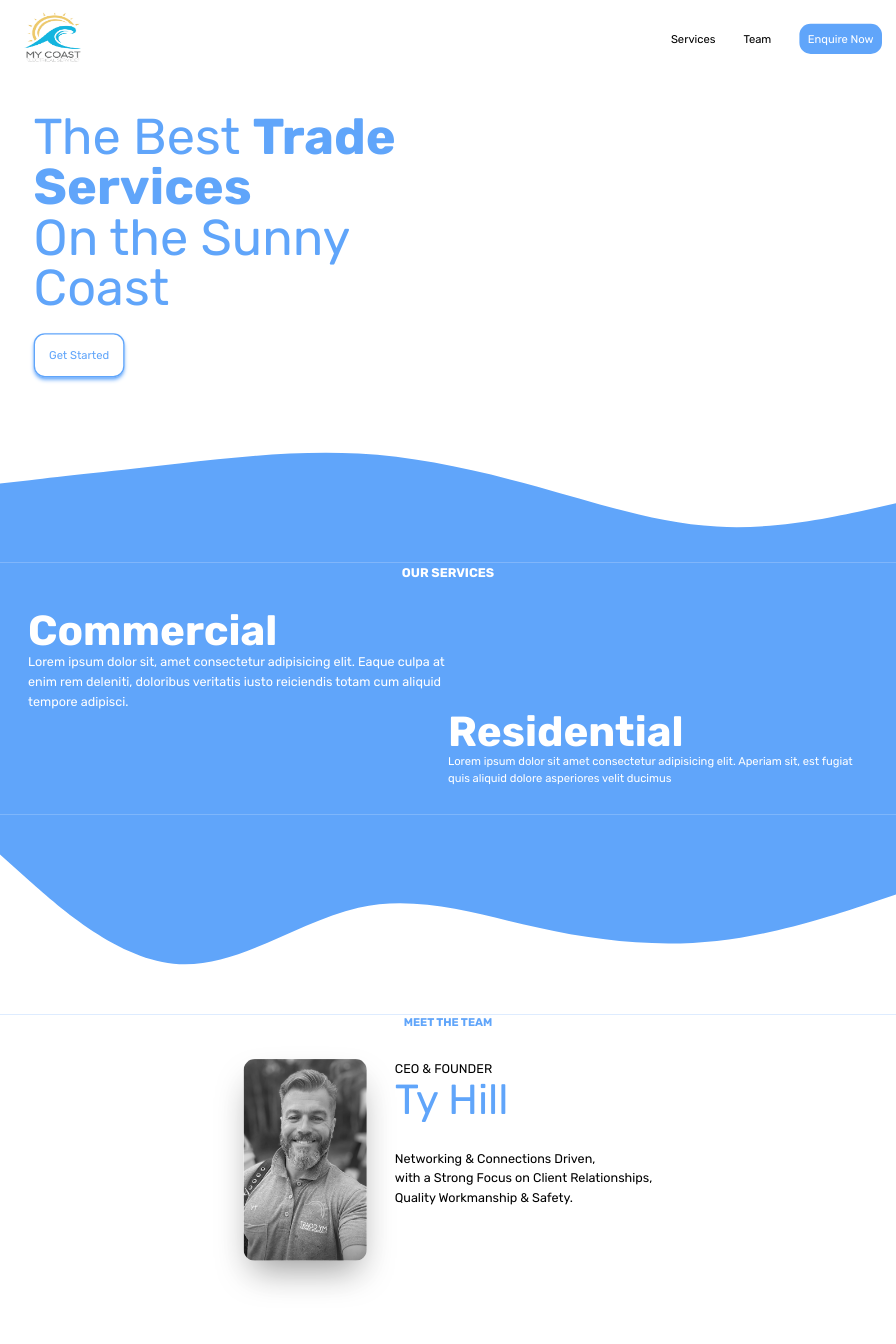
Repository: Jace-Kington/mce-website
Page: /
An editor plug-in stored every save of this project. The page is shown before and after the next save, followed by the edit.
The browser window is 1280 px wide. The pictures show the part of the page from y = 0 to 1920 px (the page is 2895 px tall before and 2847 px after), at 70% of full size.
The project was rebuilt for these pictures with package versions that can differ from the ones it lists, and the page was loaded fresh each time. The framework's server and built-in components were replaced by stand-ins that run in the browser. Also part of the build but not shown: next.config.js.

Above is the page before, as saved 2022-11-12 14:16:05.

### pages/index.js

import Navbar from '../components/Navbar'
import Services from '../components/Services'
import MeetUs from '../components/Meet-us'
import ContactUs from '../components/ContactUs'
import Footer from '../components/Footer'

export default function Home() {
  return (
    <div>
      <head>
        <link rel="preconnect" href="https://fonts.googleapis.com"/>
        <link rel="preconnect" href="https://fonts.gstatic.com" crossorigin/>
        <link href="https://fonts.googleapis.com/css2?family=Rubik:ital,wght@0,400;0,500;0,700;0,900;1,800;1,900&display=swap" rel="stylesheet"/>
        <meta charset="UTF-8"/>
        <meta name="viewport" content="width=device-width, initial-scale=1.0, user-scalable=0"/>
        <title>My Coat Electrical</title>
      </head>
      <Navbar/>
      <Services/>
      <MeetUs/>
      <ContactUs/>
      <Footer/>
    </div>
  )
}

### styles/globals.css
@tailwind base;
@tailwind components;
@tailwind utilities;

* {
  font-family: 'Rubik';
}

### components/Navbar.jsx
import React from 'react'
import Image from 'next/image'
import image_2 from '../assets/logo-1.png'
import HamburgerMenu from './Hamburger'
import Link from 'next/link'

const Navbar = () => {
  return (
    <div className=''>
      <div className='flex justify-between items-center md:hidden'>
      <Image alt = "" src={image_2} className='rounded-full p-2 h-28 w-28' />

        <HamburgerMenu className = ''/>
      </div>

      <div className='md:flex hidden justify-between items-center ml-5 mr-5'>
        <Image alt = "" src={image_2} className='rounded-full p-2 h-28 w-28' />
        <div className='flex gap-10 items-center'>
          <a className='hover:text-blue-400 transition ease-in' href='#services-section'>
            Services
          </a>

          <a className='hover:text-blue-400 transition ease-in ' href="#meet-us">
            Team
          </a>

          <div className=''>
            <a className='bg-blue-400 hover:bg-blue-500 transition ease-in rounded-2xl p-3' href="#contact-us">
              <span className='text-white'>Enquire Now</span>
            </a>
          </div>

        </div>
      </div>

      <div className='grid grid-cols-2'>
        <div className='text-left text-blue-400 mt-12 ml-12'>
          <div className='text-4xl sm:text-7xl'>
            The Best <strong>Trade Services</strong>
          </div>
          <div className='text-4xl sm:text-7xl'>
            On the Sunny Coast
          </div>

          <div className='outline-rounded mt-12 bg-white'>
            <a  style = {{'border-width': '2px', 'border-color': '#60a5fa'}} className='rounded-2xl hover:bg-blue-400 hover:text-white transition shadow-md shadow-blue-400 hover:shadow-lg hover:shadow-blue-400 p-5' href="#contact-us">
              Get Started
            </a>
          </div>
        </div>
        <div>

        </div>
      </div>


      <svg xmlns="http://www.w3.org/2000/svg" viewBox="0 0 1440 320"><path fill="#60a5fa" fill-opacity="1" d="M0,192L48,186.7C96,181,192,171,288,160C384,149,480,139,576,144C672,149,768,171,864,197.3C960,224,1056,256,1152,261.3C1248,267,1344,245,1392,234.7L1440,224L1440,320L1392,320C1344,320,1248,320,1152,320C1056,320,960,320,864,320C768,320,672,320,576,320C480,320,384,320,288,320C192,320,96,320,48,320L0,320Z"></path></svg>
    </div>
  )
}

export default Navbar

### components/Services.tsx
import React from 'react'

const Services = () => {
  return (
    <div id = 'services-section' className = 'bg-blue-400'>
        <div className = 'text-white text-center font-semibold text-lg uppercase underline-offset-1'>Our Services</div>
        <div className = 'grid grid-cols-2 m-10'>
            <div className = ''>
                <div className = 'text-white text-3xl sm:text-6xl font-bold'>Commercial</div>
                <div className = 'text-white text-lg'>Lorem ipsum dolor sit, amet consectetur adipisicing elit. Eaque culpa at enim rem deleniti, doloribus veritatis iusto reiciendis totam cum aliquid tempore adipisci. </div>
            </div>
            <div className = ''>

            </div>
            <div>

            </div>
            <div>
                <div className = 'text-white text-3xl sm:text-6xl font-bold'>Residential</div>
                <div className = 'text-white'>Lorem ipsum dolor sit amet consectetur adipisicing elit. Aperiam sit, est fugiat quis aliquid dolore asperiores velit ducimus </div>
            </div>
        </div>
        <svg className = 'bg-white' xmlns="http://www.w3.org/2000/svg" viewBox="0 0 1440 320">
        <path fill="#60a5fa" fill-opacity="1" d="M0,64L48,106.7C96,149,192,235,288,240C384,245,480,171,576,149.3C672,128,768,160,864,181.3C960,203,1056,213,1152,202.7C1248,192,1344,160,1392,144L1440,128L1440,0L1392,0C1344,0,1248,0,1152,0C1056,0,960,0,864,0C768,0,672,0,576,0C480,0,384,0,288,0C192,0,96,0,48,0L0,0Z"></path>
        </svg>
    </div>
  )
}

export default Services

### components/Meet-us.tsx
import React from 'react'
import Image from 'next/image'
import image_2 from '../assets/ty-photo.png'


const MeetUs = () => {
  return (
    <div id = "meet-us" className = 'max-w-[100%]'>
        <div className = 'text-blue-400 uppercase font-semibold text-center'>Meet the Team</div>

        <div className = 'justify-center flex gap-10 m-10'>
            <div>
              <Image alt = "" className = 'rounded-2xl shadow-2xl shadow-blue-400 grayscale h-72 w-44' src = {image_2}/>
            </div>
            <div>
                <div className = 'uppercase text-lg'>CEO & Founder</div>
                <div className = 'text-6xl text-blue-400 pb-10'>Ty Hill</div>
                <div className = 'text-lg'>
                  <div className = ''>Networking & Connections Driven, </div>
                  <div>with a Strong Focus on Client Relationships,</div>
                  <div>Quality Workmanship & Safety.</div>
                </div>

            </div>
        </div>

        <svg xmlns="http://www.w3.org/2000/svg" viewBox="0 0 1440 320"><path fill="#60a5fa" fill-opacity="1" d="M0,288L48,256C96,224,192,160,288,149.3C384,139,480,181,576,170.7C672,160,768,96,864,112C960,128,1056,224,1152,266.7C1248,309,1344,299,1392,293.3L1440,288L1440,320L1392,320C1344,320,1248,320,1152,320C1056,320,960,320,864,320C768,320,672,320,576,320C480,320,384,320,288,320C192,320,96,320,48,320L0,320Z"></path></svg>
    </div>
  )
}

export default MeetUs

### components/ContactUs.jsx
import React, { useRef } from 'react'
import emailjs from '@emailjs/browser'
import { ToastContainer, toast } from 'react-toastify'
import 'react-toastify/dist/ReactToastify.css'

const ContactUs = () => {
  const toast_success = () => { toast('Email Sent!'); }
  const toast_fail = () => { toast('Error'); }

  const form = useRef();

  const sendEmail = (e) => {
    e.preventDefault();

    emailjs.sendForm('service_16oy9kb', 'template_p83nfjr', form.current, '7jHtCbxop4BW2nz9r')
      .then((result) => {
          console.log(result.text);
          toast_success();
      }, (error) => {
          console.log(error.text);
          toast_fail();
      });
  };

  return (
    <div id = "contact-us" className = 'bg-blue-400'>
        <div className = 'flex'>
          <div className = 'text-white uppercase font-semibold p-20 text-8xl'>
              <div>We&apos;ll</div>
              <div>Be In</div>
              <div>Touch</div>
          </div>
          <form ref = {form} onSubmit = {sendEmail} className = 'pt-20'>
            <div className = 'flex gap-20 '>
              <div className = 'flex flex-col gap-10'>
                <div>
                  <label className = 'text-white' for="fname">First name:</label>
                  <input className = 'rounded-lg p-2 outline-1 outline-white w-full' type="text" id="fname" name="fname"/>
                </div>
                <div>
                  <label className = 'text-white' for="lname">Last name:</label>
                  <input className = 'rounded-lg p-2 outline-1 outline-white w-full' type="text" id="lname" name="lname"/>
                </div>
              </div>
              <div>
              <div className = 'flex flex-col gap-10'>
                <div>
                  <label className = 'text-white' for="phonenumber">Phone Number:</label>
                  <input className = 'rounded-lg p-2 outline-1 outline-white w-full' type="text" id="phonenumber" name="phonenumber"/>
                </div>
                <div>
                  <label className = 'text-white' for="email">Email:</label>
                  <input className = 'rounded-lg p-2 outline-1 outline-white w-full' type="text" id="email" name="email"/>
                </div>
              </div>
              </div>
            </div>

            <div>
              <button style = {{'border-width': '3px', 'border-color': 'white'}} className = 'text-center w-full p-3 rounded-2xl font-semibold hover:text-blue-400 text-white transition ease-in bg-blue-400 hover:bg-white mt-14'>Send</button>
              <ToastContainer
  position="top-right"
  autoClose={5000}
  hideProgressBar={true}
  newestOnTop={false}
  closeOnClick
  rtl={false}
  pauseOnFocusLoss
  draggable
  pauseOnHover
  toastStyle = {{'background-color': 'rgb(34 197 94)', 'color': 'white', 'border-radius': '1rem', 'padding': '15px'}}
  />
            </div>
          </form>
        </div>
      </div>
  )
}

export default ContactUs

### components/Footer.tsx
import React from 'react'
import image_2 from '../assets/logo-1.png'
import Image from 'next/image'

const Footer = () => {
  return (
    <div className = 'border-t-2 border-gray pb-4 bg-blue-400'>
        <div className = 'flex justify-between text-white p-20'>
            <div className = ''>
                <div className = 'flex items-center gap-5'>
                <Image alt = "" src= {image_2} className = 'items-start rounded-full p-2 h-28 w-28'/>

                <div className = 'flex gap-10 text-white'>
                    <svg fill="#fff" xmlns="http://www.w3.org/2000/svg"  viewBox="0 0 16 16" width="32px" height="32px"><path d="M 15 3.296875 C 14.476563 3.523438 13.949219 3.691406 13.367188 3.746094 C 13.949219 3.410156 14.417969 2.84375 14.648438 2.226563 C 14.066406 2.5625 13.484375 2.789063 12.84375 2.902344 C 12.257813 2.339844 11.5 2 10.683594 2 C 9.109375 2 7.824219 3.242188 7.824219 4.765625 C 7.824219 4.988281 7.824219 5.214844 7.882813 5.386719 C 4.875 5.386719 2.8125 3.691406 1.414063 2 C 1.121094 2.394531 1.003906 2.902344 1.003906 3.410156 C 1.003906 4.367188 1.53125 5.214844 2.289063 5.722656 C 1.820313 5.667969 1.355469 5.554688 1.003906 5.386719 C 1.003906 5.386719 1.003906 5.386719 1.003906 5.441406 C 1.003906 6.796875 1.996094 7.921875 3.28125 8.148438 C 3.046875 8.203125 2.8125 8.261719 2.519531 8.261719 C 2.347656 8.261719 2.171875 8.261719 1.996094 8.207031 C 2.347656 9.335938 3.976563 10.632813 5.257813 10.632813 C 4.265625 11.363281 3.34375 12 1.5 12 C 1.265625 12 1.453125 12 1 12 C 2.28125 12.789063 3.800781 13 5.375 13 C 10.683594 13 13.542969 8.769531 13.542969 5.101563 C 13.542969 4.988281 13.542969 4.878906 13.542969 4.765625 C 14.125 4.367188 14.59375 3.863281 15 3.296875"/></svg>
                    <svg fill="#fff" xmlns="http://www.w3.org/2000/svg"  viewBox="0 0 16 16" width="32px" height="32px"><path d="M 4.773438 1 C 2.695313 1 1 2.695313 1 4.773438 L 1 10.230469 C 1 12.304688 2.695313 14 4.773438 14 L 10.230469 14 C 12.304688 14 14 12.304688 14 10.226563 L 14 4.773438 C 14 2.695313 12.304688 1 10.226563 1 Z M 4.773438 2 L 10.226563 2 C 11.765625 2 13 3.234375 13 4.773438 L 13 10.226563 C 13 11.765625 11.765625 13 10.230469 13 L 4.773438 13 C 3.234375 13 2 11.765625 2 10.230469 L 2 4.773438 C 2 3.234375 3.234375 2 4.773438 2 Z M 11.5 3 C 11.222656 3 11 3.222656 11 3.5 C 11 3.777344 11.222656 4 11.5 4 C 11.777344 4 12 3.777344 12 3.5 C 12 3.222656 11.777344 3 11.5 3 Z M 7.5 4 C 5.574219 4 4 5.574219 4 7.5 C 4 9.425781 5.574219 11 7.5 11 C 9.425781 11 11 9.425781 11 7.5 C 11 5.574219 9.425781 4 7.5 4 Z M 7.5 5 C 8.886719 5 10 6.113281 10 7.5 C 10 8.886719 8.886719 10 7.5 10 C 6.113281 10 5 8.886719 5 7.5 C 5 6.113281 6.113281 5 7.5 5 Z"/></svg>
                    <svg fill="#fff" xmlns="http://www.w3.org/2000/svg"  viewBox="0 0 16 16" width="32px" height="32px"><path d="M 3.5 1 C 2.1250151 1 1 2.1250151 1 3.5 L 1 11.5 C 1 12.874985 2.1250151 14 3.5 14 L 11.5 14 C 12.874985 14 14 12.874985 14 11.5 L 14 3.5 C 14 2.1250151 12.874985 1 11.5 1 L 3.5 1 z M 3.5 2 L 11.5 2 C 12.335015 2 13 2.6649849 13 3.5 L 13 11.5 C 13 12.335015 12.335015 13 11.5 13 L 9.9042969 13 L 9.9042969 8.9667969 L 11.300781 8.9667969 L 11.509766 7.3574219 L 9.9042969 7.3574219 L 9.9042969 6.3320312 C 9.9042969 5.8660312 10.034031 5.5488281 10.707031 5.5488281 L 11.566406 5.5488281 L 11.566406 4.109375 C 11.417406 4.089375 10.907453 4.046875 10.314453 4.046875 C 9.0764531 4.046875 8.2304688 4.795875 8.2304688 6.171875 L 8.2304688 7.3574219 L 7 7.3535156 L 7 8.9628906 L 8.2304688 8.9667969 L 8.2304688 13 L 3.5 13 C 2.6649849 13 2 12.335015 2 11.5 L 2 3.5 C 2 2.6649849 2.6649849 2 3.5 2 z"/></svg>
                </div>
                </div>


                <div className = ''>
                    <div>fjf</div>
                </div>
            </div>

            <div className='flex gap-20'>
                <div className = ''>
                    <div className = 'text-lg font-bold pb-5'>
                        Contact Us
                    </div>
                    <div>
                        Address
                    </div>
                    <div>
                        Phone number
                    </div>
                    <div>
                        Email
                    </div>
                </div>

                <div>
                    <div className = 'text-lg font-bold pb-5'>
                        Pages
                    </div>

                    <div>
                        Home
                    </div>
                    <div>
                        Services
                    </div>
                    <div>
                        Team
                    </div>
                    <div>
                        Contact Us
                    </div>
                </div>
            </div>
        </div>
    </div>
  )
}

export default Footer

### components/Hamburger.jsx
import Link from 'next/link'
import { slide as Menu } from 'react-burger-menu'

const HamburgerMenu = () => (<div className='relative p-2'>
    <Menu customBurgerIcon={<HamburgerIcon />} width={'auto'} className='left-0 top-12' >
        <Links />
    </Menu>
</div>)

const HamburgerIcon = () => (<div className='p-1/2'><svg className="w-8 h-8 text-gray-500" fill="none" strokeLinecap="round" strokeLinejoin="round" strokeWidth="2" viewBox="0 0 24 24" stroke="currentColor"><path d="M4 6h16M4 12h16M4 18h16"></path></svg></div>)

export const Links = () => (<>
    <Link href="/">Home</Link>
    <Link href="/about">About</Link>
</>)

export default HamburgerMenu

Loaded but not shown: pages/_app.js (common file); tailwind.config.js (common file)

After the next save:
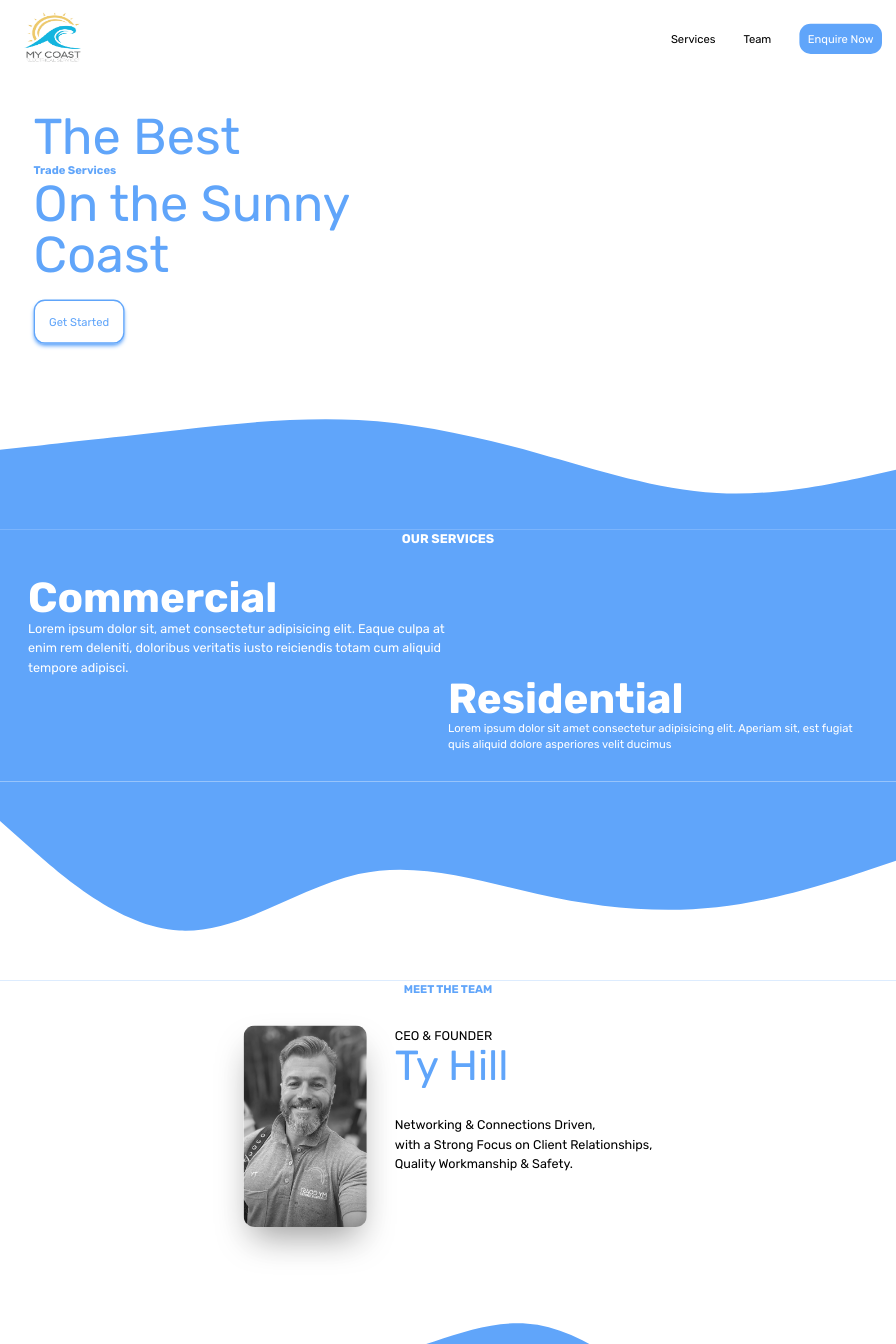
Saved 65 s later.
--- a/components/Navbar.jsx
+++ b/components/Navbar.jsx
@@ -36,8 +36,9 @@
       <div className='grid grid-cols-2'>
         <div className='text-left text-blue-400 mt-12 ml-12'>
           <div className='text-4xl sm:text-7xl'>
-            The Best <strong>Trade Services</strong>
+            The Best
           </div>
+          <strong>Trade Services</strong>
           <div className='text-4xl sm:text-7xl'>
             On the Sunny Coast
           </div>
@@ -52,8 +53,6 @@
 
         </div>
       </div>
-
-
       <svg xmlns="http://www.w3.org/2000/svg" viewBox="0 0 1440 320"><path fill="#60a5fa" fill-opacity="1" d="M0,192L48,186.7C96,181,192,171,288,160C384,149,480,139,576,144C672,149,768,171,864,197.3C960,224,1056,256,1152,261.3C1248,267,1344,245,1392,234.7L1440,224L1440,320L1392,320C1344,320,1248,320,1152,320C1056,320,960,320,864,320C768,320,672,320,576,320C480,320,384,320,288,320C192,320,96,320,48,320L0,320Z"></path></svg>
     </div>
   )

After the save that followed:
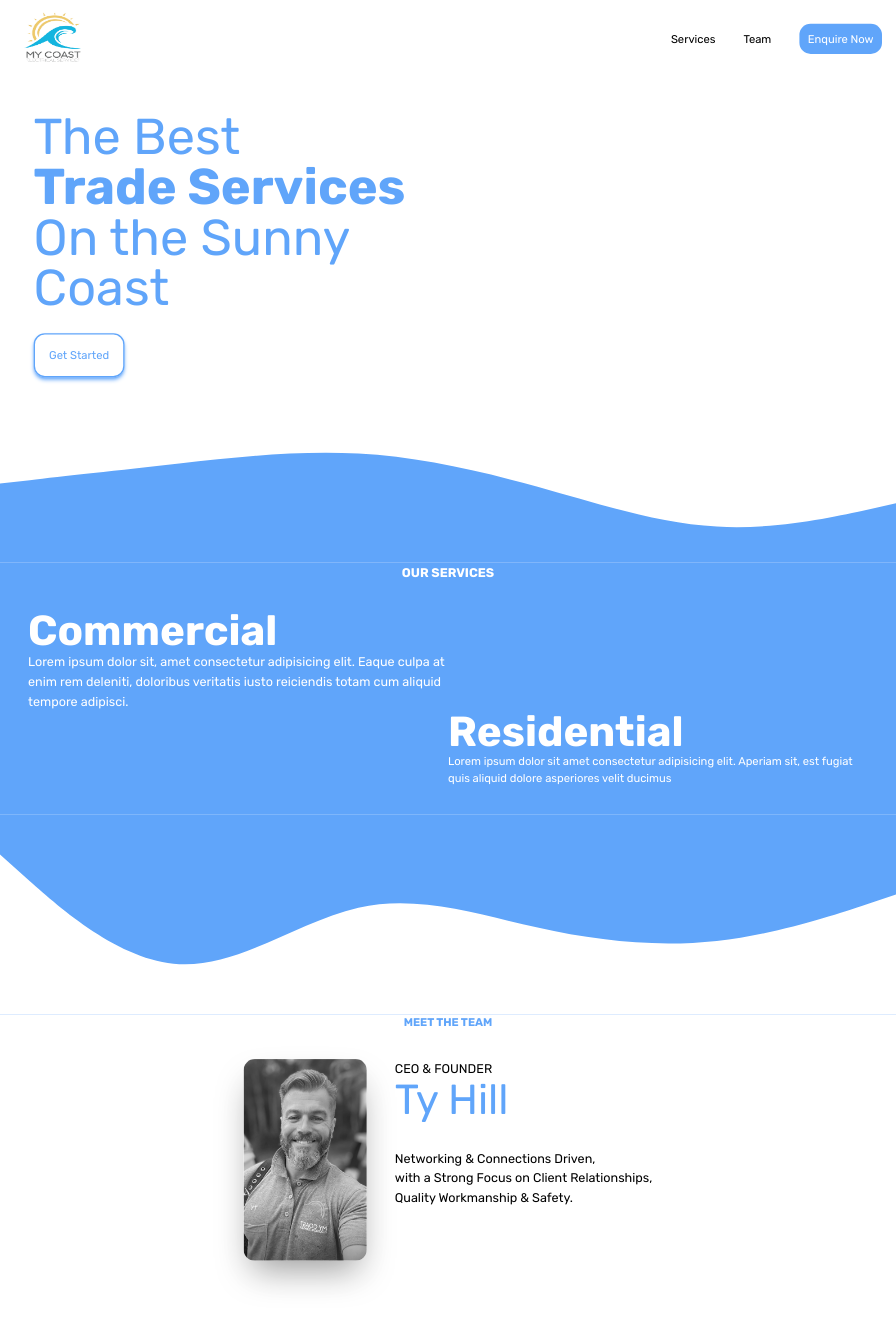
Saved 14 s later.
--- a/components/Navbar.jsx
+++ b/components/Navbar.jsx
@@ -38,7 +38,7 @@
           <div className='text-4xl sm:text-7xl'>
             The Best
           </div>
-          <strong>Trade Services</strong>
+          <strong className='text-7xl'>Trade Services</strong>
           <div className='text-4xl sm:text-7xl'>
             On the Sunny Coast
           </div>
